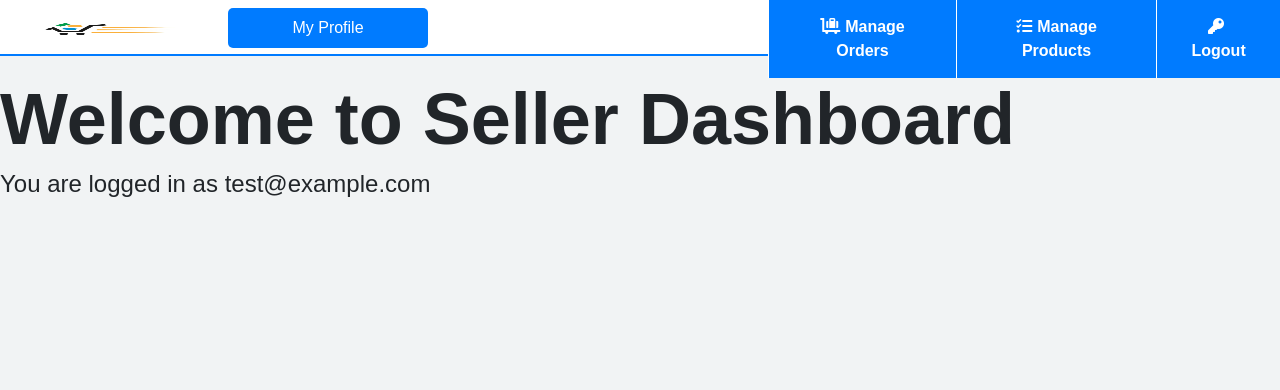
Repository: sahanjayawardena9619/PAF_Project
Page: http://localhost/paf_project/WEB-INF/views/sellerDashboard.jsp
An editor plug-in stored every save of this project. The page is shown before and after the next save, followed by the edit.
The browser window is 1280 px wide. The pictures show the whole page.
Some web libraries are served in a nearby version. The page is served by Tomcat 9. The session is filled in as if someone had signed in: {"email": "test@example.com", "userID": 1, "emailSeller": "test@example.com", "userIDSeller": "testuser"}. The template is opened directly, without the code that normally fills it, so the values that code supplies are empty.

Above is the page before, as saved 2019-05-15 18:07:43.

After the next save:
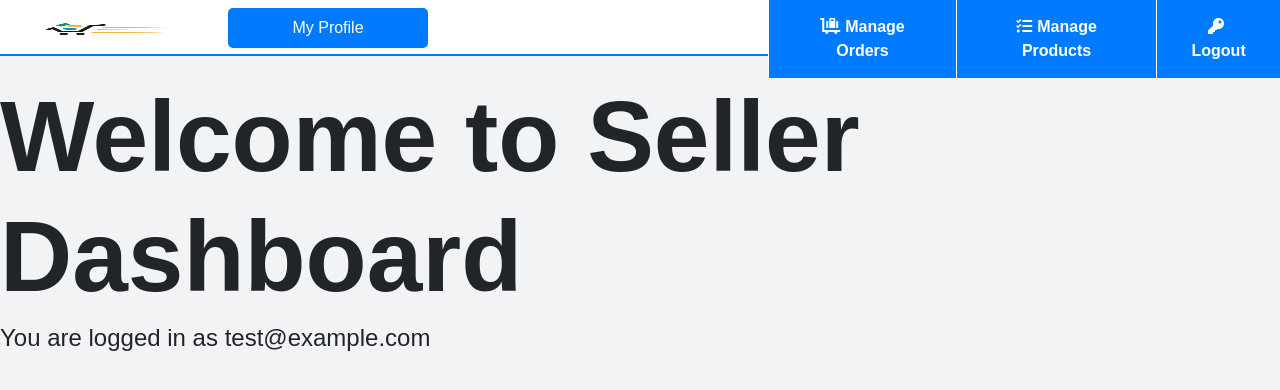
Saved 8 s later.
--- a/Main Project (Final)/PAF/paf_project/src/main/webapp/WEB-INF/views/sellerDashboard.jsp
+++ b/Main Project (Final)/PAF/paf_project/src/main/webapp/WEB-INF/views/sellerDashboard.jsp
@@ -46,7 +46,7 @@
 	</div>
 
 	<div>
-		<h1 style="font-size:72px;"><b>Welcome to Seller Dashboard</b></h1>
+		<h1 style="font-size:100px;"><b>Welcome to Seller Dashboard</b></h1>
 		<h4>You are logged in as <font-color="green"><%=session.getAttribute("emailSeller") %></font></h4>
 	</div>
 
